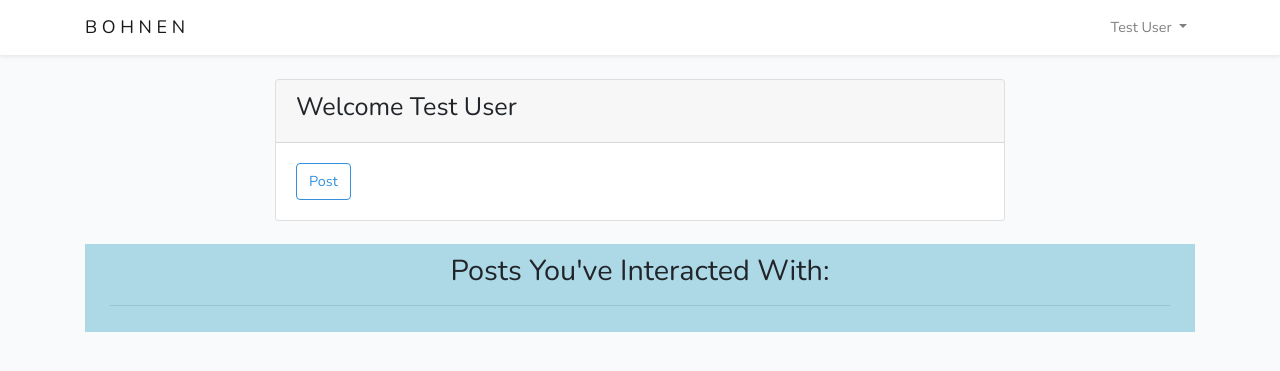
Repository: davidbohnen/BOHNEN
Page: http://localhost/home
The author's editor kept a copy of each file at every save. The page is drawn from the files as they stood at one save, then again after the next save.
The browser window is 1280 px wide. The pictures show the whole page.
The page is served by the project's Laravel application, run on PHP 8.4 with Laravel 8. A made-up administrator, Test User (test@example.com), is signed in. Other server files are loaded and not shown.

Above is the page before, as saved 2020-05-05 21:49:10.

### routes/web.php
<?php

use Illuminate\Support\Facades\Route;

/*
|--------------------------------------------------------------------------
| Web Routes
|--------------------------------------------------------------------------
|
| Here is where you can register web routes for your application. These
| routes are loaded by the RouteServiceProvider within a group which
| contains the "web" middleware group. Now create something great!
|
*/

Route::get('/', function () {
    return view('welcome');
});

Auth::routes();

Route::get('/home', 'HomeController@index')->name('home');

Route::get('/post/create', 'PostController@create');
Route::post('/post', 'PostController@store');
Route::get('/warn', 'IndexController@warn');
Route::get('/post/{post}', 'PostController@show');

Route::get('/public', 'IndexController@public');



Route::get('/about', 'IndexController@about');
Route::get('/more', 'IndexController@more');
Route::get('/history', 'IndexController@history');
Route::get('/record', 'IndexController@record');
Route::get('/contact', 'IndexController@contact');
Route::get('/live', 'IndexController@live');

### app/User.php
<?php

namespace App;

use Illuminate\Contracts\Auth\MustVerifyEmail;
use Illuminate\Foundation\Auth\User as Authenticatable;
use Illuminate\Notifications\Notifiable;

class User extends Authenticatable
{
    use Notifiable;

    /**
     * The attributes that are mass assignable.
     *
     * @var array
     */
    protected $fillable = [
        'name', 'email', 'password',
    ];

    /**
     * The attributes that should be hidden for arrays.
     *
     * @var array
     */
    protected $hidden = [
        'password', 'remember_token',
    ];

    /**
     * The attributes that should be cast to native types.
     *
     * @var array
     */
    protected $casts = [
        'email_verified_at' => 'datetime',
    ];


    public function post(){
        return $this->hasMany(Post::class);
    }

}

### resources/views/home.blade.php
@extends('layouts.app')

@section('content')
<div class="container">
    <div class="row justify-content-center">
        <div class="col-md-8">
            <div class="card">
                <div class="card-header"><h3>Welcome {{ Auth::user()->name }}</h3></div>

                <div class="card-body">
                    @if (session('status'))
                        <div class="alert alert-success" role="alert">
                            {{ session('status') }}
                        </div>
                    @endif

                <a href="/post/create" class="btn btn-outline-primary my-2 my-sm-0">Post</a>

                </div>
            </div>
        </div>


    </div>
    <br>

    <div class="container"  class="row justify-content-center" style = "background-color:lightblue">
    <div style="text-align:center;padding:10px" >
        <h2>Posts You've Interacted With:</h2>
            <hr>
        </div>
    </div>
    </div>


@endsection

### resources/views/layouts/app.blade.php
<!doctype html>
<html lang="{{ str_replace('_', '-', app()->getLocale()) }}">
<head>
    <meta charset="utf-8">
    <meta name="viewport" content="width=device-width, initial-scale=1">

    <!-- CSRF Token -->
    <meta name="csrf-token" content="{{ csrf_token() }}">

    <title>{{ config('BOHNEN', 'B O H N E N') }}</title>


    <!-- Scripts -->
    <script src="{{ asset('js/app.js') }}" defer></script>

    <!-- Fonts -->
    <link rel="dns-prefetch" href="//fonts.gstatic.com">
    <link href="https://fonts.googleapis.com/css?family=Nunito" rel="stylesheet">

    <!-- Styles -->
    <link href="{{ asset('css/app.css') }}" rel="stylesheet">
</head>
<body>
    <div id="app">
        <nav class="navbar navbar-expand-md navbar-light bg-white shadow-sm">
            <div class="container">
                <a class="navbar-brand" href="{{ url('/') }}">
                    {{ config('BOHNEN', 'B O H N E N') }}
                </a>
                <button class="navbar-toggler" type="button" data-toggle="collapse" data-target="#navbarSupportedContent" aria-controls="navbarSupportedContent" aria-expanded="false" aria-label="{{ __('Toggle navigation') }}">
                    <span class="navbar-toggler-icon"></span>
                </button>

                <div class="collapse navbar-collapse" id="navbarSupportedContent">
                    <!-- Left Side Of Navbar -->
                    <ul class="navbar-nav mr-auto">

                    </ul>

                    <!-- Right Side Of Navbar -->
                    <ul class="navbar-nav ml-auto">
                        <!-- Authentication Links -->
                        @guest
                            <li class="nav-item">
                                <a class="nav-link" href="{{ route('login') }}">{{ __('Login') }}</a>
                            </li>
                            @if (Route::has('register'))
                                <li class="nav-item">
                                    <a class="nav-link" href="{{ route('register') }}">{{ __('Register') }}</a>
                                </li>
                            @endif
                        @else
                            <li class="nav-item dropdown">
                                <a id="navbarDropdown" class="nav-link dropdown-toggle" href="#" role="button" data-toggle="dropdown" aria-haspopup="true" aria-expanded="false" v-pre>
                                    {{ Auth::user()->name }} <span class="caret"></span>
                                </a>

                                <div class="dropdown-menu dropdown-menu-right" aria-labelledby="navbarDropdown">
                                    <a class="dropdown-item" href="{{ route('logout') }}"
                                       onclick="event.preventDefault();
                                                     document.getElementById('logout-form').submit();">
                                        {{ __('Logout') }}
                                    </a>

                                    <form id="logout-form" action="{{ route('logout') }}" method="POST" style="display: none;">
                                        @csrf
                                    </form>
                                </div>
                            </li>
                        @endguest
                    </ul>
                </div>
            </div>
        </nav>

        <main class="py-4">
            @yield('content')
        </main>
    </div>
</body>
</html>

Loaded but not shown: app/Http/Controllers/Auth/LoginController.php (common file); app/Http/Controllers/Controller.php (common file); app/Http/Controllers/Auth/ConfirmPasswordController.php (common file); app/Http/Controllers/HomeController.php (common file); public/css/app.css (library)

After the next save:
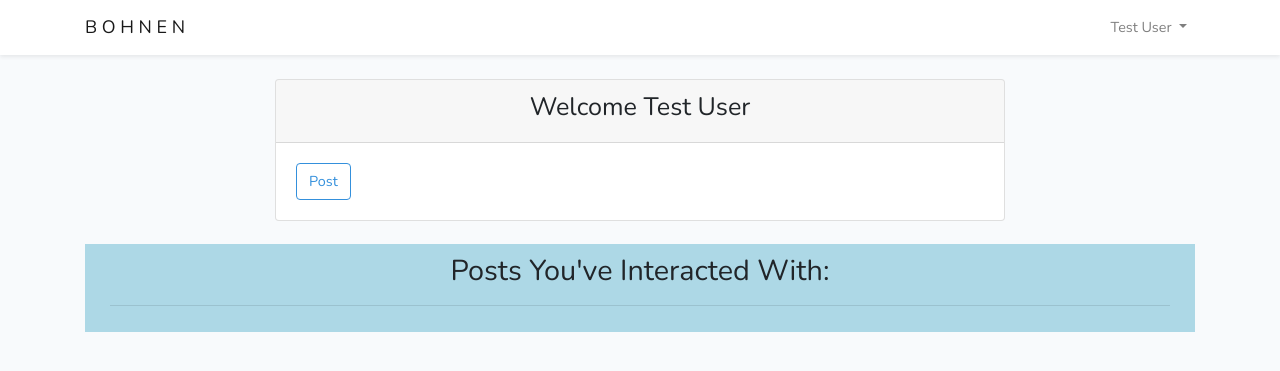
Saved 12 s later.
--- a/resources/views/home.blade.php
+++ b/resources/views/home.blade.php
@@ -5,7 +5,7 @@
     <div class="row justify-content-center">
         <div class="col-md-8">
             <div class="card">
-                <div class="card-header"><h3>Welcome {{ Auth::user()->name }}</h3></div>
+                <div class="card-header" style="text-align: center"><h3>Welcome {{ Auth::user()->name }}</h3></div>
 
                 <div class="card-body">
                     @if (session('status'))
